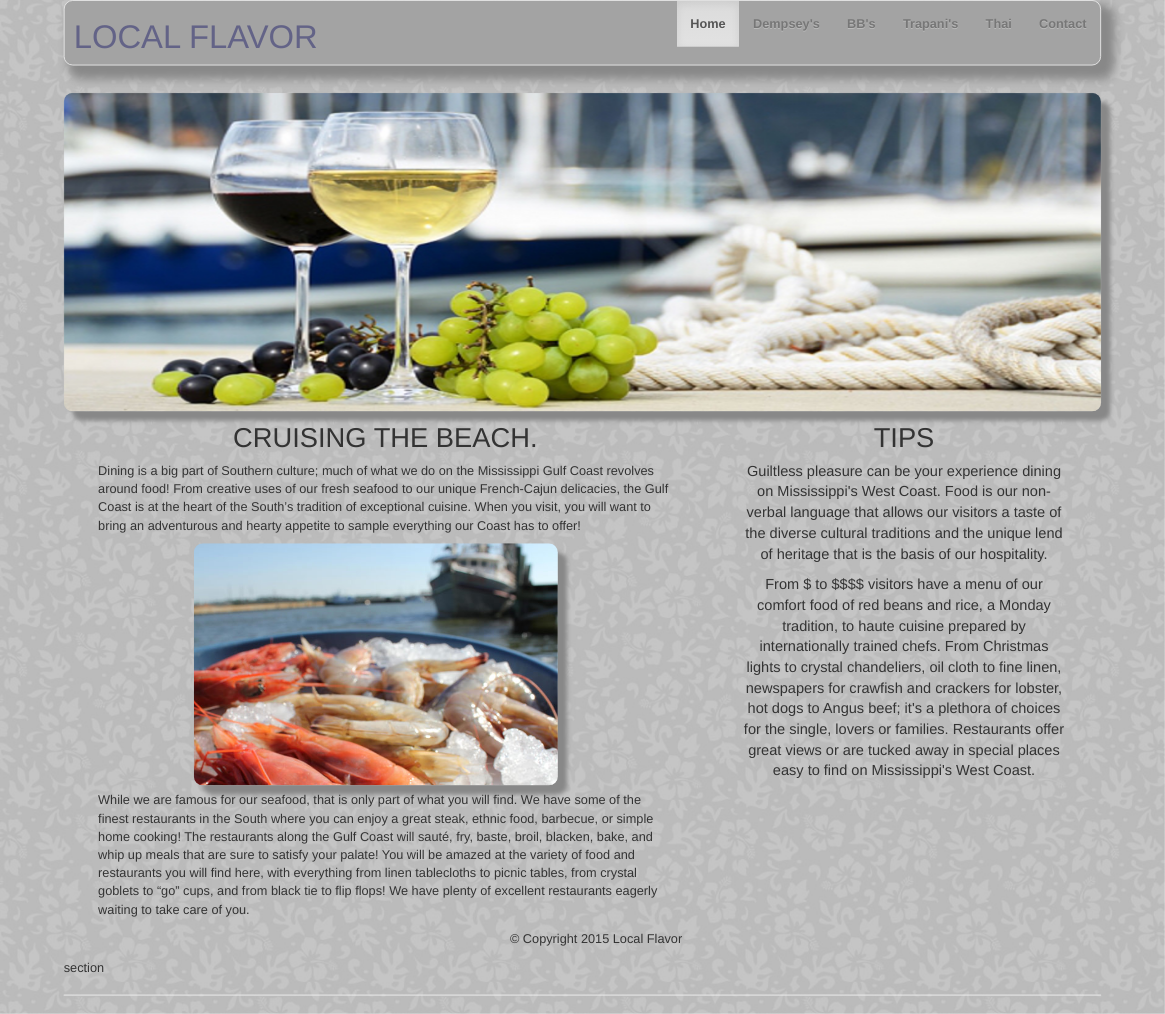
Repository: GeauxNinja/RestaurantSite
Page: Local Flavor/index.html
The author's editor kept a record of every edit. The page is drawn from the files as they stood at one moment, then again after the next edit.
The browser window is 1280 px wide. The pictures show the whole page, at 91% of full size.
Some web libraries are served in a nearby version.

Above is the page before.

### Local Flavor/index.html
<!doctype html>
<html>
<head>
<meta charset="utf-8">
<title>Local Flavor</title>
<link href="styles/main.css" rel="stylesheet" type="text/css">
<!-- Latest compiled and minified CSS -->
<link rel="stylesheet" href="https://maxcdn.bootstrapcdn.com/bootstrap/3.3.2/css/bootstrap.min.css">
<!-- Optional theme -->
<link rel="stylesheet" href="https://maxcdn.bootstrapcdn.com/bootstrap/3.3.2/css/bootstrap-theme.min.css">
<script src="http://use.edgefonts.net/source-sans-pro:n6:default.js" type="text/javascript"></script>
<style type="text/css">body{background-image:url('images/bak1.png');}</style>
</head>

<body>
<div id="page">
<header class="container">
      <div id="menu" class="navbar navbar-default" style="background: #a3a3a3; box-shadow: 10px 10px 10px 5px #888888; border-radius:10px;">
		<div class="navbar-header">
			<button class="btn btn-default navbar-toggle"
				data-toggle="collapse"
				data-target=".navbar-collapse"><span class="glyphicon glyphicon-collapse-down"></span></button>
			<div id="logo">
			<a href="index.html"><h1>Local Flavor</h1></a>
		</div>
		</div>
		<div class="navbar-collapse collapse">
			<ul class="nav navbar-nav navbar-right">
			  <li class="nav active"><a href="index.html">Home</a></li>
			  <li class="nav"><a href="dempseys.html">Dempsey's</a></li>
			  <li class="nav"><a href="BBs.html">BB's</a></li>
			  <li class="nav"><a href="trapanis.html">Trapani's</a></li>
			  <li class="nav"><a href="thai.html">Thai</a></li>
			  <li class="nav"><a href="contact.html">Contact</a></li>
			</ul>
		</div>
      </div>
    </header>
    <section id="body" class="container">
	<div id="hero">
  <img src="images/indexheader.png" width="1500" height="350" alt=""/></div>
      <section id="main" class="col-md-8 col-sm-9">
    <h2>Cruising the Beach.</h2>
    <p>Dining is a big part of Southern culture; much of what we do on the Mississippi Gulf Coast revolves around food! From creative uses of our fresh seafood to our unique French-Cajun delicacies, the Gulf Coast is at the heart of the South’s tradition of exceptional cuisine. When you visit, you will want to bring an adventurous and hearty appetite to sample everything our Coast has to offer!</p>
    <p></p>
    <figure class="centered"><img src="images/gulfseafood1.jpg" width="400" height="266" alt=""/>
      <figcaption></figcaption>
    </figure>
    <p>While we are famous for our seafood, that is only part of what you will find. We have some of the finest restaurants in the South where you can enjoy a great steak, ethnic food, barbecue, or simple home cooking! The restaurants along the Gulf Coast will sauté, fry, baste, broil, blacken, bake, and whip up meals that are sure to satisfy your palate! You will be amazed at the variety of food and restaurants you will find here, with everything from linen tablecloths to picnic tables, from crystal goblets to “go” cups, and from black tie to flip flops! We have plenty of excellent restaurants eagerly waiting to take care of you.</p>
  </section>
  <section id="sidebar" class="col-md-4 col-sm-3">
    <h2>Tips</h2>
    <p>Guiltless pleasure can be your experience dining on Mississippi's West Coast. Food is our non-verbal language that allows our visitors a taste of the diverse cultural traditions and the unique lend of heritage that is the basis of our hospitality.</p>
    <p>From $ to $$$$ visitors have a menu of our comfort food of red beans and rice, a Monday tradition, to haute cuisine prepared by internationally trained chefs. From Christmas lights to crystal chandeliers, oil cloth to fine linen, newspapers for crawfish and crackers for lobster, hot dogs to Angus beef; it's a plethora of choices for the single, lovers or families. Restaurants offer great views or are tucked away in special places easy to find on Mississippi's West Coast.</p>
  </section>
  <section>
  <footer class="container">
    <p>© Copyright 2015 Local Flavor  </p>
  </footer>section
  <hr>
</div>
<!-- jQuery (necessary for Bootstrap's JavaScript plugins) -->
<script src="https://ajax.googleapis.com/ajax/libs/jquery/1.11.1/jquery.min.js"></script>
<!-- Latest compiled and minified JavaScript -->
<script src="https://maxcdn.bootstrapcdn.com/bootstrap/3.3.2/js/bootstrap.min.js"></script>
</body>
</html>

### Local Flavor/styles/main.css
@charset "utf-8";

body {
	margin: 9px;
	color: #151515;
	font-family: Helvetica, Arial, sans-serif;
	background-color: #EFF5F8;
	font-size: medium;
}

#wrapper {
	width: 100%;
	min-width: 740px;
	max-width: 1000px;
	margin-left: auto;
	margin-right: auto;
	background-color: #FFFFFF;
	right: 0px;
	position: static;
	border-radius: 8px;
}

#top {
 overflow: hidden;
}

#hero img {
	max-width: 100%;
	border-color: #FFFCFC;
	border-radius: 10px;
	background-position: 0% 0%;
	box-shadow: 10px 10px 5px #888888;
	margin:10px 10px 0px 0px;
	right: 0px;
}
h1, h2 {
	color: #3399CC;
	font-family: Tahoma;
	font-style: normal;
	font-weight: 600;
	font-size: 72px;
	margin-top: 0px;
	margin-bottom: 0px;
	text-align: center;
	text-transform: uppercase;
	top: 25px;
	padding-left: 10px;
	padding-right: 10px;
	right: 33px;
}
#main {
	width: 58%;
	margin-left: 2%;
	float: left;
}
#sidebar {
	width: 34%;
	margin-left: 4%;
	float: left;
	text-align: center;
	border-radius: 4px;
	font-size: medium;
}

form {
    width: 300px;
    margin: 0 auto;
}


figure {
	display: block;
	width: 420px;
}

figure img {
	border-radius: 10px;
	box-shadow: 10px 10px 5px #888888;
}

figcaption {
	font-size: 0.875em;
	font-weight: bold;
	text-align: center;
	display: block;
	margin-top: 0.5em;
	margin-right: auto;
	margin-left: auto;
}

.centered {
	margin-left: auto;
	margin-right: auto;
}

.floatleft {
	float: left;
	margin-left: 0px;
	margin-right: 10px;
}

.floatright {
	float: right;
	margin-left: 10px;
	margin-right: 0px;
}

footer {
	padding-top: 2px;
	padding-bottom: 2px;
	padding-left: 2%;
	/*background-color: #43a6cb;
	color: #FFFFFF;*/
	clear: left;
	text-align: center;
}

a {
	font-weight: bold;
	text-decoration: none;
}

a:link {
	color: #636387;
}

a:visited {
	color: #FF944C;
}

a:hover, a:active, a:focus {
	color: #7F3300;
	text-decoration: underline;
}
#mainnav ul {
	box-shadow:10px 10px 10px 5px #888888;
	list-style-type: none;
	margin:0px 0px 0px 0px;
	padding:0px 0px 0px 0px;
}
navbar navbar-default {
    background: #F8F8F8;
    box-shadow: 10px 10px 10px 5px #888888;
}
#mainnav a {
	width: 16.66%;
	display: block;
	text-align: center;
	text-transform: uppercase;
	background-color: #4d4d4d;
	float: left;
	color: #FFFCFC;
	padding-top: 6px;
	padding-bottom: 6px;
}
#mainnav a:hover, #mainnav a:active, #mainnav a:focus, #mainnav thispage {

	text-decoration: none;
	background-color: #F8F8F8;
    border-color: #E7E7E7;
}
#hero article {
	width: 36%;
	padding-left: 10px;
	padding-right: 10px;
	position: absolute;
	top: 25px;
	right: 33px;
	background-color: #EA724F;
	border-radius: 26px;
	color: #FFFCFC;
}
#hero {
	position: relative;
	border-radius: 30px;
}
#hero {
	color: #FFFCFC;
	text-transform: uppercase;
	margin-bottom: -8px;
}

After the next edit:
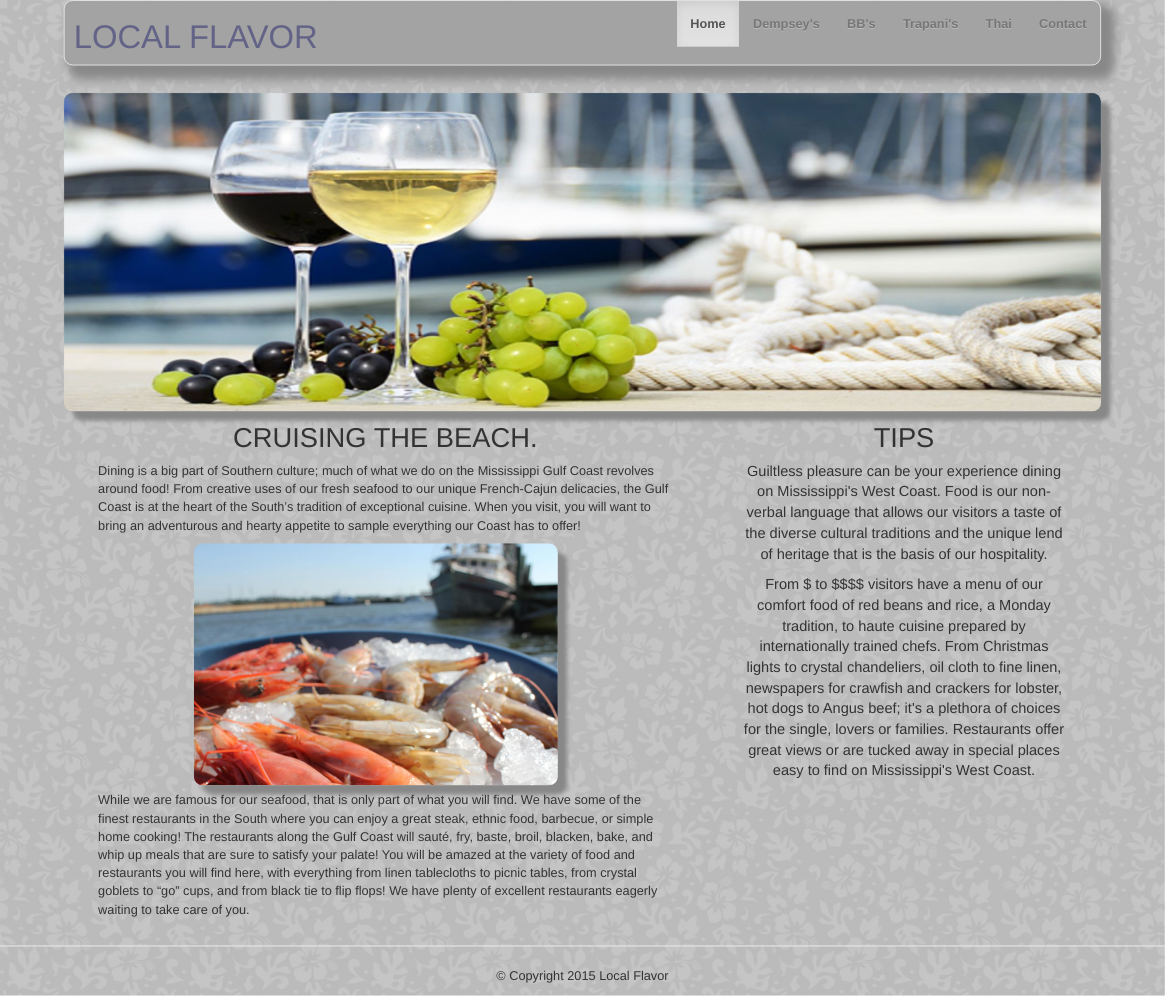
The edit:
--- a/Local Flavor/index.html
+++ b/Local Flavor/index.html
@@ -53,11 +53,14 @@
     <p>Guiltless pleasure can be your experience dining on Mississippi's West Coast. Food is our non-verbal language that allows our visitors a taste of the diverse cultural traditions and the unique lend of heritage that is the basis of our hospitality.</p>
     <p>From $ to $$$$ visitors have a menu of our comfort food of red beans and rice, a Monday tradition, to haute cuisine prepared by internationally trained chefs. From Christmas lights to crystal chandeliers, oil cloth to fine linen, newspapers for crawfish and crackers for lobster, hot dogs to Angus beef; it's a plethora of choices for the single, lovers or families. Restaurants offer great views or are tucked away in special places easy to find on Mississippi's West Coast.</p>
   </section>
+  </section>
+  <hr>
   <section>
   <footer class="container">
     <p>© Copyright 2015 Local Flavor  </p>
-  </footer>section
-  <hr>
+  </footer>
+  </section>
+
 </div>
 <!-- jQuery (necessary for Bootstrap's JavaScript plugins) -->
 <script src="https://ajax.googleapis.com/ajax/libs/jquery/1.11.1/jquery.min.js"></script>
